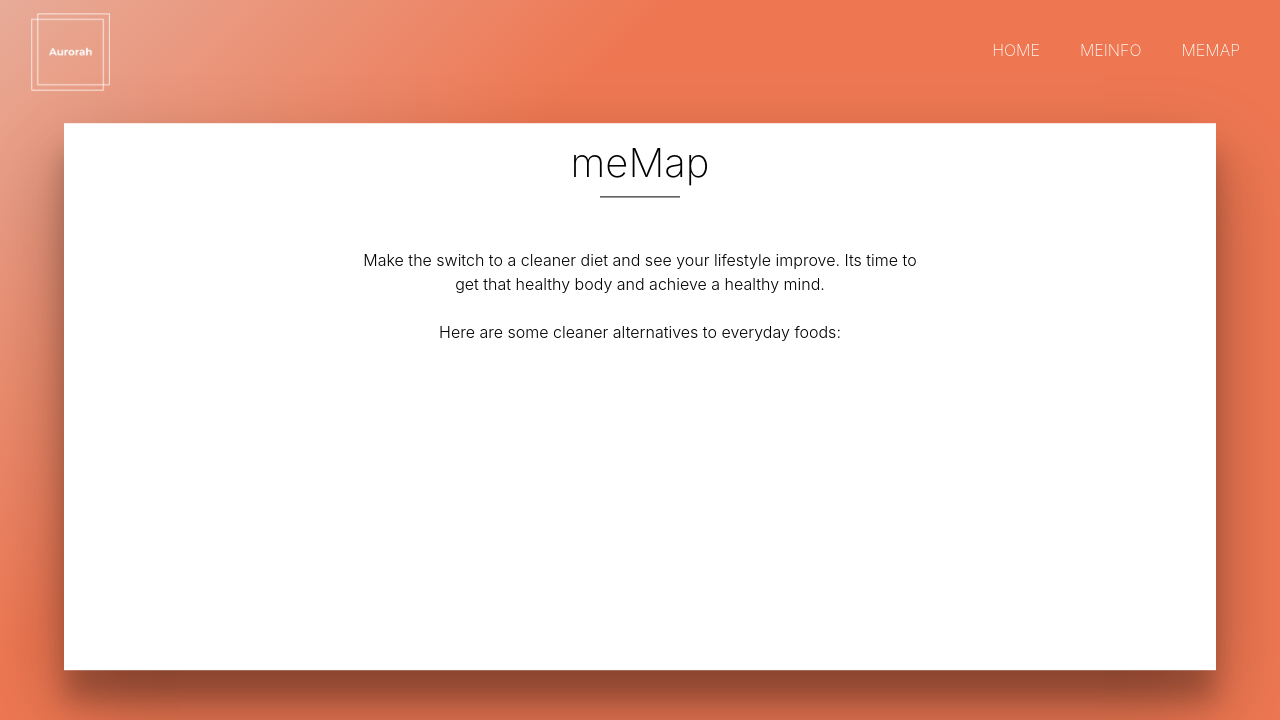
Repository: aasirvalji/saferMe
Page: /alt
The author's editor kept a copy of each file at every save. The page is drawn from the files as they stood at one save, then again after the next save.
The browser window is 1280 px wide. The pictures show the whole page.
The project was rebuilt for these pictures with package versions that can differ from the ones it lists, and the page was loaded fresh each time. Also part of the build but not shown: src/components/Landing.js, src/styles/Services.css, src/components/Services.js, src/styles/MapDisplay.css, src/mapStyles.js, src/components/MapDisplay.js, src/styles/AboutDisplay.css, src/components/AboutDisplay.js and 1 more.

Above is the page before, as saved 2020-02-15 11:34:20.

After the next save:
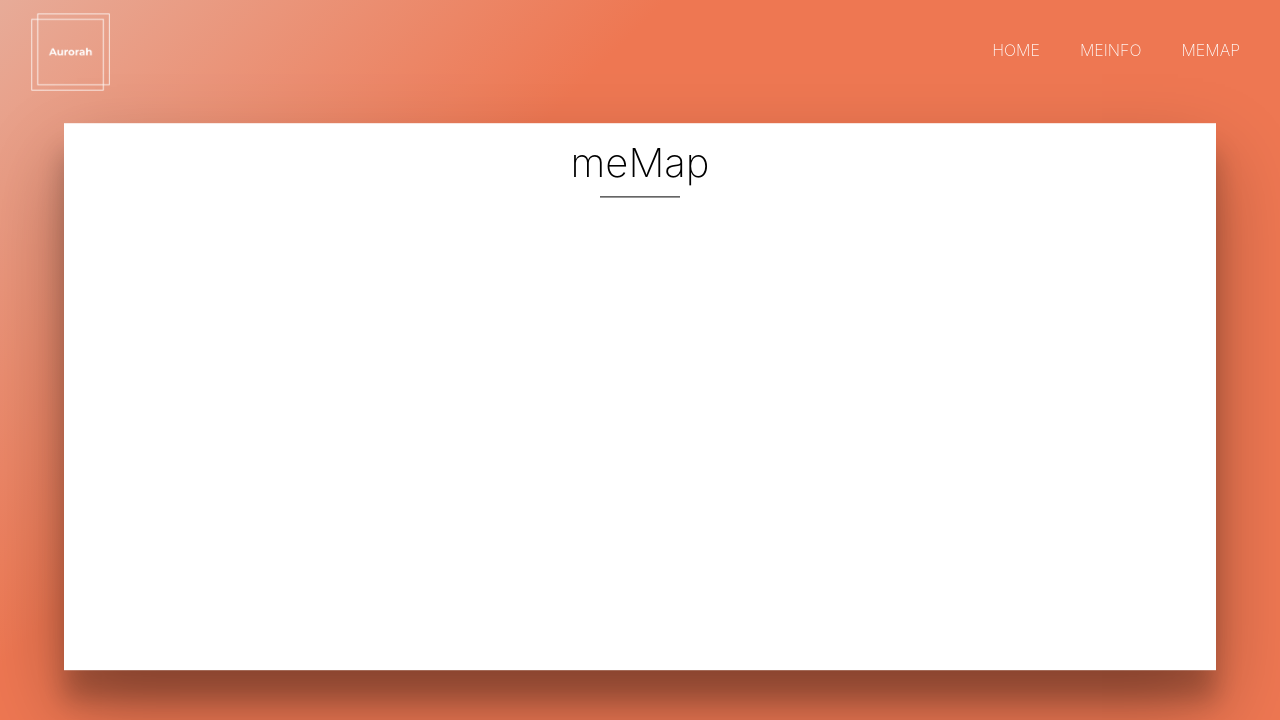
Saved 11 s later.
--- a/src/components/AltDisplay.js
+++ b/src/components/AltDisplay.js
@@ -14,17 +14,7 @@ function AltDisplay(){
 <h1>meMap</h1>
 </div>
 
-<div className='alt-details'>
 
-<p> Make the switch to a cleaner diet and see your lifestyle improve.
-    Its time to get that healthy body and achieve a healthy mind.
-    <br></br>
-    <br></br>
-    Here are
-    some cleaner alternatives to everyday foods:
-</p>
-
-</div>
 
 </div>
 
